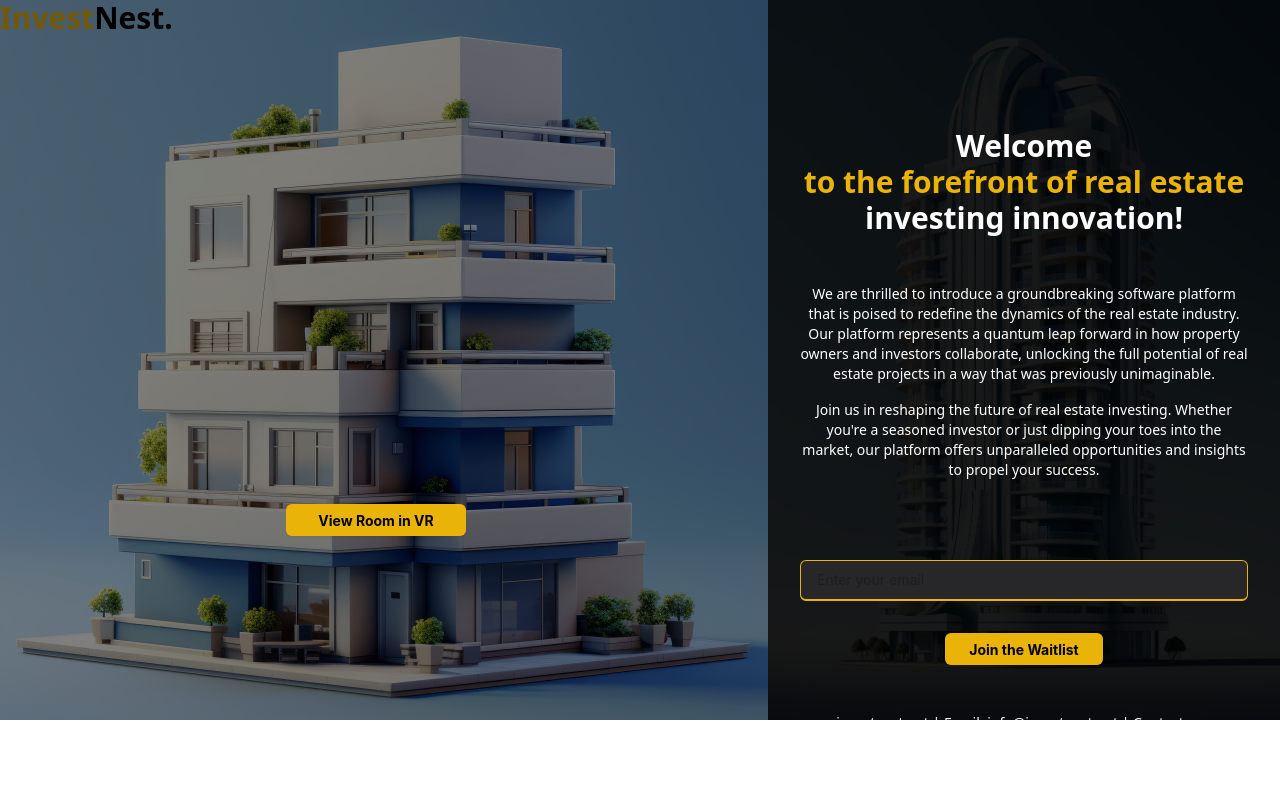
Repository: brytemenz/investnest-landing
Page: /
The author's editor kept a copy of each file at every save. The page is drawn from the files as they stood at one save, then again after the next save.
The browser window is 1280 px wide. The pictures show the whole page.
The project was rebuilt for these pictures with package versions that can differ from the ones it lists, and the page was loaded fresh each time. Also part of the build but not shown: vite.config.js, src/components/ThreeDImage.jsx.

Above is the page before, as saved 2024-05-29 17:13:00.

After the next save:
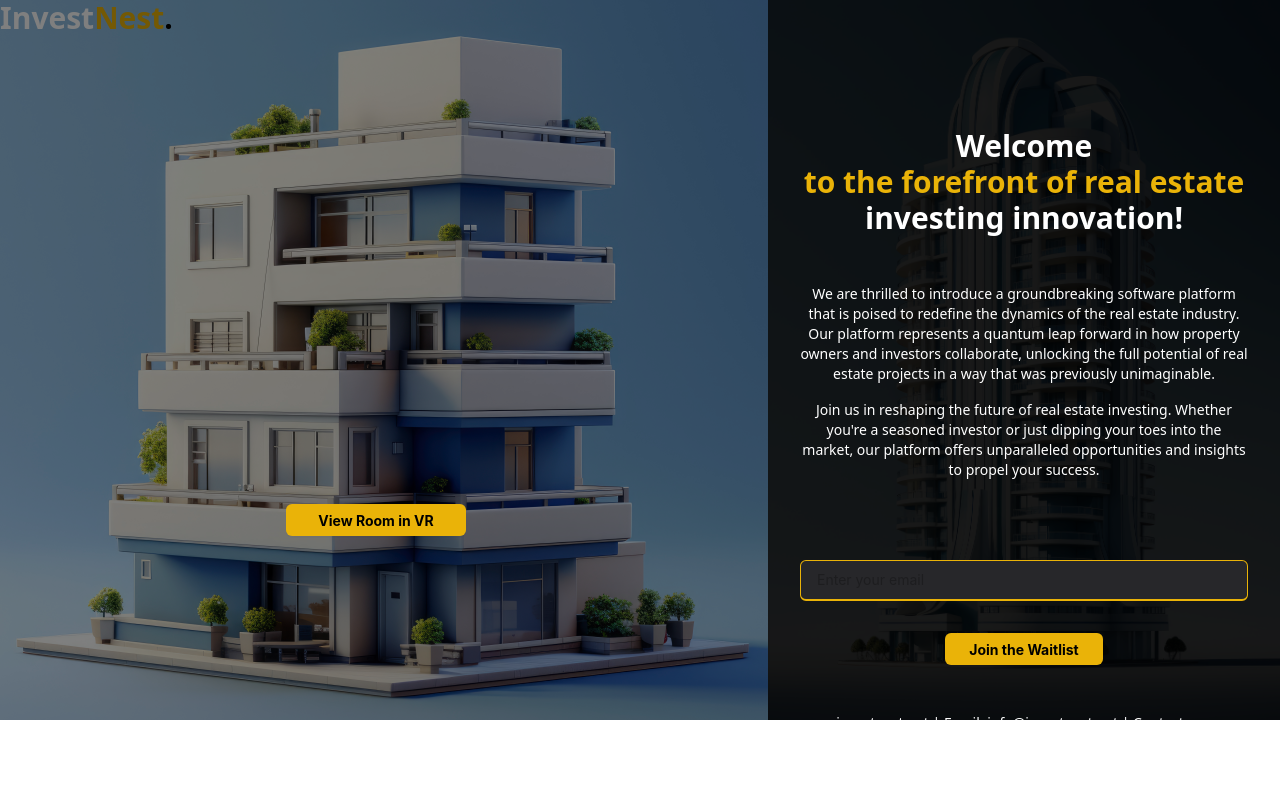
Saved 44 s later.
--- a/src/pages/landingPage.jsx
+++ b/src/pages/landingPage.jsx
@@ -67,7 +67,7 @@ const LandingPage = () => {
 
                 <div className="left-image">
                 <h2 className="text-3xl font-bold mb-4">
-                    <span className="text-yellow-500">Invest</span><span>Nest</span>.
+                    <span className="text-white">Invest</span><span className='text-yellow-500'>Nest</span>.
                   </h2>
                   <div className="absolute inset-0 bg-black bg-opacity-50 flex flex-col items-center justify-center space-y-4">
 
